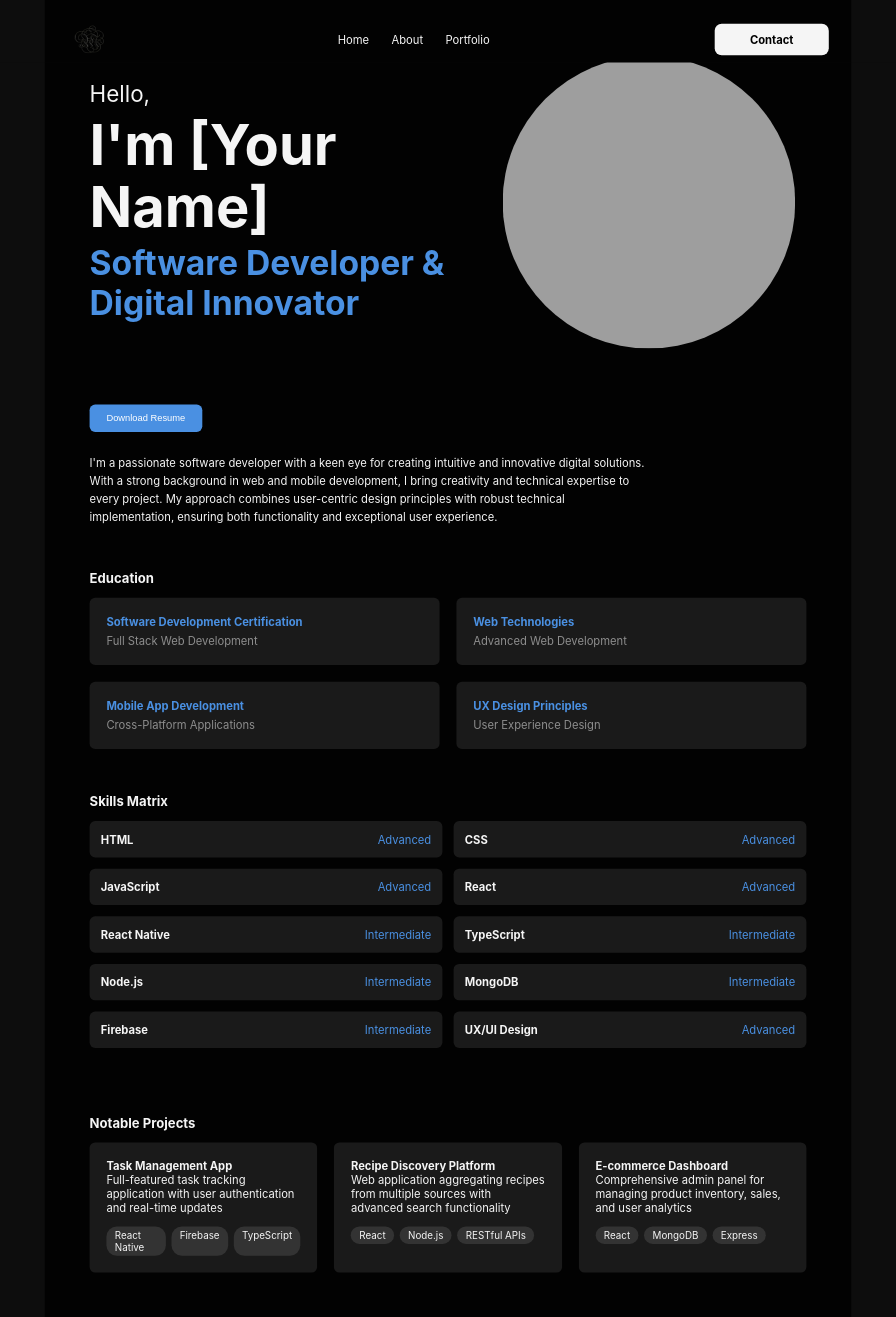
Repository: SbuKhoza/portfolio
Page: /about
These files come from the project's save history. The page is drawn as it stood at one moment and after the next save; the edit follows.
The browser window is 1280 px wide. The pictures show the whole page, at 70% of full size.
Pictures or frames that could not be fetched are drawn as grey boxes. The project was rebuilt for these pictures with package versions that can differ from the ones it lists, and the page was loaded fresh each time. Also part of the build but not shown: src/components/Bodysection.js, src/pages/Home.css, src/components/Footer.css, src/components/Footer.js, src/pages/Home.js, src/pages/Portfolio.js. Imported but missing from the stored project, and not drawn on this page: src/assets/SibusisoKhozaResume.pdf.

Above is the page before, as saved 2025-02-06 14:24:20.

After the next save:
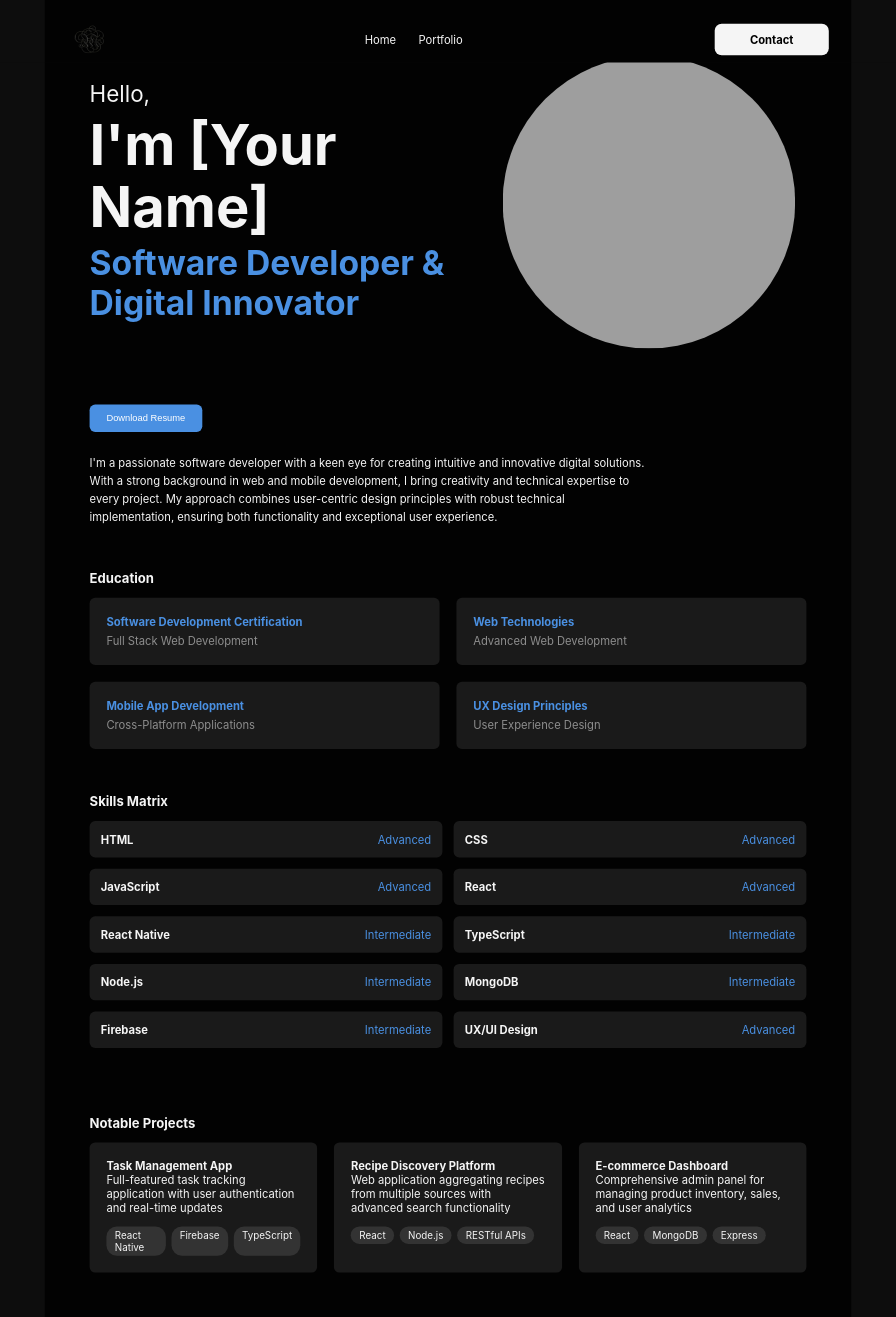
Saved 57 s later.
--- a/src/components/Navbar.js
+++ b/src/components/Navbar.js
@@ -22,7 +22,7 @@
 
         <ul className={`links ${isMenuOpen ? 'active' : ''}`}>
           <li><Link to="/" onClick={() => setIsMenuOpen(false)}>Home</Link></li>
-          <li><Link to="/about" onClick={() => setIsMenuOpen(false)}>About</Link></li>
+          {/* <li><Link to="/about" onClick={() => setIsMenuOpen(false)}>About</Link></li> */}
           <li><Link to="/portfolio" onClick={() => setIsMenuOpen(false)}>Portfolio</Link></li>
         </ul>
 
